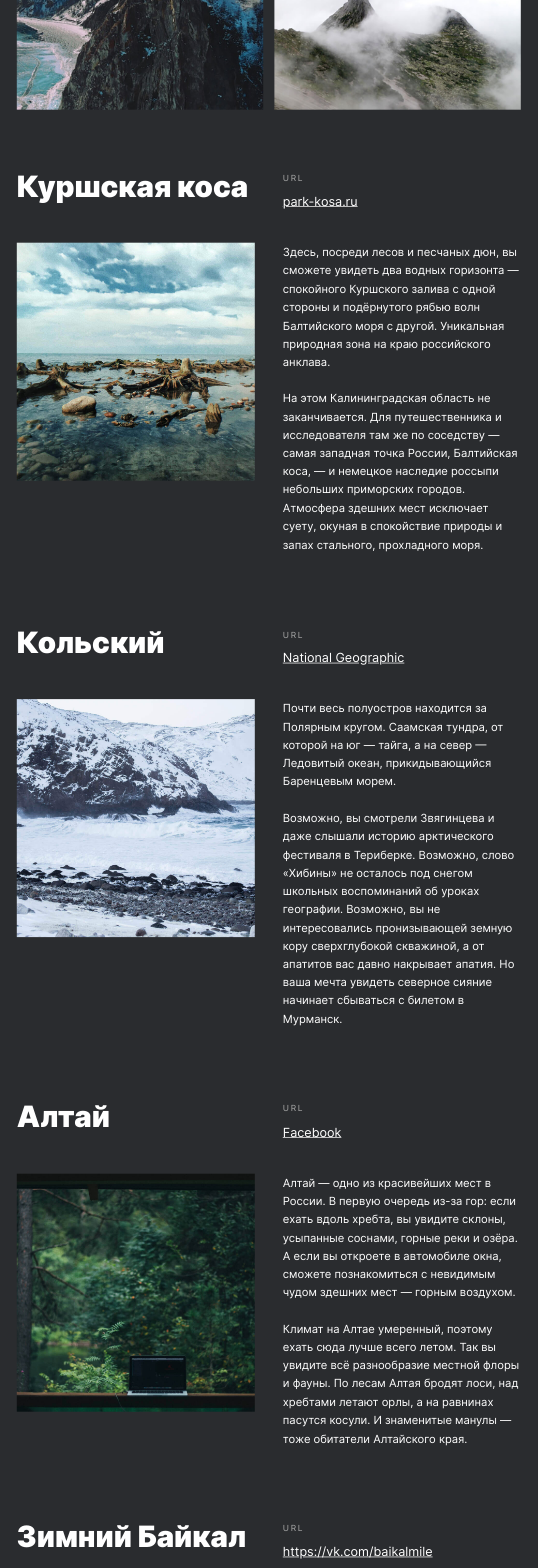
Repository: artemrgrs/russian-travel
Page: index.html
An editor plug-in stored every save of this project. The page is shown before and after the next save, followed by the edit.
The browser window is 768 px wide. The pictures show the part of the page from y = 3124 to 5364 px (the page is 7144 px tall before and 7092 px after), at 70% of full size.

Above is the page before, as saved 2021-02-05 13:30:20.

### index.html
<!DOCTYPE html>
<html lang="ru">
<head>
    <meta charset="UTF-8">
    <meta name="viewport" content="width=device-width, initial-scale=1">
    <link rel="stylesheet" href="pages/index.css">
    <title>Путешествия по России</title>
</head>
<body class="root">
    <div class="page">
        <header class="header">
            <img class="header__logo" src="images/header-logo.svg" alt="Лого">
            <div>
                <a class="header__lang-link header__lang-link_active" href="#" target="_self" rel="noopener noreferrer">Ru</a>
                <a class="header__lang-link" href="#" target="_self" rel="noopener noreferrer">En</a>
            </div>
        </header>

        <main>
            <section class="lead">
                <h1 class="lead__title">Путешествия по России</h1>
                <p class="lead__subtitle">Настоящая страна не в выпусках новостей, а здесь.</p>
                <img class="lead__image" src="images/lead__image.jpg" alt="Изображение маршрута путешествия по России">
                <p class="lead__caption">ваша полка — верхняя</p>
            </section>

            <section class="intro">

                    <div class="intro__container">
                        <h2 class="intro__title">Чего мы там не видели?</h2>
                        <p class=intro__text>По опросам ВЦИОМ, 95% россиян мечтают куда-нибудь
                            поехать, но только 36% планируют провести отпуск в родной стране.
                            Мол, чего мы тут, дома, не видели? На самом деле, Россия — это целая
                            вселенная с ласковым морем юга, густыми лесами Саян и суровыми льдами
                            плато Путорана. А ещё увидеть все эти красоты можно без миллионов на
                            счету, загранпаспорта и многочасовых перелетов. Как, например,
                            Вера Башмакова — смелая молодая мама, которая взяла в охапку троих
                            детей, усадила их в свою «Ладу» и проехала 20 тысяч километров по родной
                            стране. Мы выбрали и описали некоторые интересные места, достойные вашего отпуска.
                        </p>
                        <ul class=intro__list>
                            <li>Часовых поясов 11</li>
                            <li>Объектов природного наследия ЮНЕСКО 12</li>
                            <li>Объектов культурного наследия ЮНЕСКО 16</li>
                            <li>Природных заповедников 105</li>
                            <li>Аэропортов 241</li>
                        </ul>
                    </div>
            </section>

            <section class="photo-grid">
                <img class="photo-grid__item" src="./images/photo-grid-train.jpg" alt="Фото просторов России">
                <img class="photo-grid__item" src="./images/photo-grid-atharva-tulsi.jpg" alt="Фото просторов России">
                <img class="photo-grid__item" src="./images/photo-grid-tuman.jpg" alt="Фото просторов России">
                <img class="photo-grid__item" src="./images/photo-grid-sochi.jpg" alt="Фото просторов России">
                <img class="photo-grid__item" src="./images/photo-grid-arisa.jpg" alt="Фото просторов России">
                <img class="photo-grid__item" src="./images/photo-grid-baikal.jpg" alt="Фото просторов России">
                <img class="photo-grid__item" src="./images/photo-grid-elbrus.jpg" alt="Фото просторов России">
                <img class="photo-grid__item" src="./images/photo-grid-kondratiev.jpg" alt="Фото просторов России">
                <img class="photo-grid__item" src="./images/photo-grid-kamchatka-1.jpg" alt="Фото просторов России">
                <img class="photo-grid__item" src="./images/photo-grid-kamchatka-2.jpg" alt="Фото просторов России">
                <img class="photo-grid__item" src="./images/photo-grid-baikal-2.jpg" alt="Фото просторов России">
                <img class="photo-grid__item" src="./images/photo-grid-ergaki.jpg" alt="Фото просторов России">
            </section>

            <section class="places">
                <div class="place">
                        <h2 class="place__title">Куршская коса</h2>
                        <div class="place__website">
                            <p class="place__url-heading">URL</p>
                            <a class="place__link" href="http://park-kosa.ru" target="_blank" rel="noopener noreferrer">park-kosa.ru</a>
                        </div>
                        <img class="place__image" src="./images/place-kosa.jpg" alt="Куршская Коса">
                    <div class="place__info">
                        <p class="place__paragraph">Здесь, посреди лесов и песчаных дюн, вы сможете увидеть два водных горизонта
                            — спокойного Куршского залива с одной стороны и подёрнутого рябью волн Балтийского моря с другой.
                            Уникальная природная зона на краю российского анклава.
                        </p>
                        <p class="place__paragraph">На этом Калининградская область не заканчивается. Для путешественника
                            и исследователя там же по соседству — самая западная точка России, Балтийская коса, — и
                            немецкое наследие россыпи небольших приморских городов. Атмосфера здешних мест исключает
                            суету, окуная в спокойствие природы и запах стального, прохладного моря.
                        </p>
                    </div>
                </div>
                <div class="place">
                        <h2 class="place__title">Кольский</h2>
                        <div class="place__website">
                            <p class="place__url-heading">URL</p>
                            <a class="place__link" href="https://yourshot.nationalgeographic.com/photos/?keywords=kolskiy" target="_blank" rel="noopener noreferrer">National Geographic</a>
                        </div>
                        <img class="place__image" src="./images/place-kolsky.jpg" alt="Кольский">
                    <div class="place__info">
                        <p class="place__paragraph">Почти весь полуостров находится за Полярным кругом.
                            Саамская тундра, от которой на юг — тайга, а на север — Ледовитый океан,
                            прикидывающийся Баренцевым морем.
                        </p>
                        <p class="place__paragraph">Возможно, вы смотрели Звягинцева и даже слышали
                            историю арктического фестиваля в Териберке. Возможно, слово «Хибины» не
                            осталось под снегом школьных воспоминаний об уроках географии. Возможно,
                            вы не интересовались пронизывающей земную кору сверхглубокой скважиной,
                            а от апатитов вас давно накрывает апатия. Но ваша мечта увидеть северное
                            сияние начинает сбываться с билетом в Мурманск.
                        </p>
                    </div>

                </div>
                <div class="place">
                        <h2 class="place__title">Алтай</h2>
                        <div class="place__website">
                            <p class="place__url-heading">URL</p>
                            <a class="place__link" href="https://www.facebook.com/vera.bashmakova/posts/10156011613718822" target="_blank" rel="noopener noreferrer">Facebook</a>
                        </div>
                        <img class="place__image" src="./images/place-altai.jpg" alt="Алтай">
                    <div class="place__info">
                        <p class="place__paragraph">Алтай — одно из красивейших мест в России.
                            В первую очередь из-за гор: если ехать вдоль хребта, вы увидите склоны,
                            усыпанные соснами, горные реки и озёра. А если вы откроете в автомобиле окна,
                            сможете познакомиться с невидимым чудом здешних мест — горным воздухом.
                        </p>
                        <p class="place__paragraph">Климат на Алтае умеренный, поэтому ехать сюда
                            лучше всего летом. Так вы увидите всё разнообразие местной флоры и фауны.
                            По лесам Алтая бродят лоси, над хребтами летают орлы, а на равнинах пасутся
                            косули. И знаменитые манулы — тоже обитатели Алтайского края.
                        </p>
                    </div>
                </div>
                <div class="place">
                        <h2 class="place__title">Зимний Байкал</h2>


                        <div class="place__website">
                            <p class="place__url-heading">URL</p>
                            <a class="place__link" href="https://vk.com/baikalmile" target="_blank" rel="noopener noreferrer">https://vk.com/baikalmile</a>
                        </div>
                        <img class="place__image" src="./images/place-winter-baikal.jpg" alt="Зимний Байкал">
                    <div class="place__info">
                        <p class="place__paragraph">Всем известен Байкал как крупнейшее озеро
                            в мире. Многие также знают, что это самый большой источник пресной
                            воды и одно из красивейших мест в России.
                        </p>
                        <p class="place__paragraph">Конечно, это всё так. Но Байкал ещё идеальное
                            место для соревнований по скийорингу. Это такой вид спорта, когда лыжник
                            привязывает себя к мотоциклу, и тандем старается развить как можно бóльшую
                            скорость на льду. В марте 2019 года на фестивале «Байкальская миля» был
                            поставлен мировой рекорд — 197.011 км/ч.
                        </p>
                    </div>
                </div>
                <div class="place">
                        <h2 class="place__title">Карелия</h2>
                        <div class="place__website">
                            <p class="place__url-heading">URL</p>
                            <a class="place__link" href="http://vodlozero.ru" target="_blank" rel="noopener noreferrer">http://vodlozero.ru/</a>
                        </div>
                        <img class="place__image" src="./images/place-karelia.jpg" alt="Карелия">
                    <div class="place__info">
                        <p class="place__paragraph">Сибирь заканчивается не на Урале, а в Карелии: образующая тайгу
                            сибирская лиственница не растёт западнее Водлозера. Зато здесь она вымахивает на 30 метров
                            — леса карельских национальных парков из-за непроходимых болот никогда не знали топора.
                            Некоторым соснам уже больше чем полтысячелетия. Прикоснитесь к живому существу, видевшему
                            солнце раньше, чем увидал его Иван Грозный.
                            В девственном лесу на сотню километров не встретишь тропы. А на редких тропинках деревья
                            в паре метров от земли помечены медвежьими когтями. Чтобы все знали, кто тут хозяин.
                        </p>
                    </div>
                </div>
            </section>

            <section class="cover">
                <a class="cover__link" href="https://stampsy.com/na-elektrichkakh-do-baikala" target="_blank" rel="noopener noreferrer">
                    <h2 class="cover__title">До Байкала «на собаках»</h2>
                    <p class="cover__subtitle">По мотивам учебной темы о Транссибе — путешествие
                    от столицы до Байкала на электричках.</p>
                </a>
            </section>

            <section class="footer">
                <nav>
                    <ul class="footer__links">
                        <li>
                            <a class="footer__link" href="https://yandex.ru/maps"
                            target="_blank" rel="noopener noreferrer">Карты</a>
                        </li>
                        <li>
                            <a class="footer__link" href="https://yandex.ru/pogoda"
                            target="_blank" rel="noopener noreferrer">Погода</a>
                        </li>
                        <li>
                            <a class="footer__link" href="https://rasp.yandex.ru"
                            target="_blank" rel="noopener noreferrer">Расписание</a>
                        </li>
                        <li>
                            <a class="footer__link" href="https://calendar.yandex.ru"
                            target="_blank" rel="noopener noreferrer">Календарь</a>
                        </li>
                        <li>
                            <a class="footer__link" href="https://travel.yandex.ru"
                            target="_blank" rel="noopener noreferrer">Путешествия</a>
                        </li>
                    </ul>
                </nav>
                <p class="footer__copyright">© 2020. Вахитов Артем</p>
            </section>
        </main>
    </div>
</body>
</html>

### blocks/root/root.css
.root {
    background-color: #2A2C2F;
}

### blocks/page/page.css
.page {
    background-color: #2A2C2F;
    width: 100%;
    max-width: 1280px;
    min-width: 320px;
    margin: 0 auto;
    font-family: 'Inter', sans-serif, 'Arial';

    -webkit-font-smoothing: antialiased;
    -moz-osx-font-smoothing: grayscale;
}

### blocks/header/header.css
.header {
    max-width: 1184px;
    min-height: 52px;
    margin: 0 auto;
    display: flex;
    justify-content: space-between;
    align-items: center;
    padding: 0 auto;
    padding-top: 28px;
}

@media screen and (max-width: 1279px) {
    .header {
      max-width: 928px;
      padding: 28px 48px 0;
    }
}

@media screen and (max-width: 1023px) {
    .header {
        max-width: 720px;
        padding: 28px 24px 0;
    }
}

@media screen and (max-width: 767px) {
    .header {
        max-width: 288px;
        max-height: 42px;
        padding: 16px 16px 0;
    }
}

### blocks/header/__logo/header__logo.css
.header__logo {
    width: 176px;
    height: 52px;
}

@media screen and (max-width: 767px) {
    .header__logo {
        width: 142px;
        height: 42px;
    }
}

### blocks/header/__lang-link/header__lang-link.css
.header__lang-link {
    font-family: 'Inter', sans-serif, 'Arial';
    font-style: normal;
    font-weight: normal;
    font-size: 24px;
    line-height: 1.17;
    color: #FFFFFF;
    text-decoration: none;
    transition: opacity 0.3s ease;
}

.header__lang-link:hover {
    opacity: .8;
}

.header__lang-link:last-child {
    padding-left: 18px;
}

@media screen and (max-width: 767px) {
    .header__lang-link {
        font-size: 18px;
        line-height: 1.11;
    }
}

### blocks/lead/lead.css
.lead {
    display: flex;
    flex-direction: column;
    align-items: center;
    margin: 0 auto;
    padding-top: 56px;
    max-width: 984px;
}

@media screen and (max-width: 1279px) {
    .lead {
      padding-top: 48px;
      max-width: 928px;
    }
  }

  @media screen and (max-width: 1023px) {
    .lead {
      max-width: 768px;
    }
  }

  @media screen and (max-width: 767px) {
    .lead {
      max-width: 320px;
    }
  }

### blocks/lead/__title/lead__title.css
.lead__title {
    width: 720px;
    font-family: 'Inter', sans-serif, 'Arial';
    font-style: normal;
    font-weight: 900;
    font-size: 96px;
    line-height: 1.04;
    color: #fff;
    margin: 0;
    text-align: center;
}

@media screen and (max-width: 767px) {
    .lead__title {
        max-width: 288px;
        font-size: 40px;
        line-height: 1.1;
    }
}

### blocks/lead/__subtitle/lead__subtitle.css
.lead__subtitle {
    max-width: 640px;
    font-family: 'Inter', sans-serif, 'Arial';
    font-style: normal;
    font-weight: normal;
    font-size: 30px;
    line-height: 1.2;
    text-align: center;
    color: #FFFFFF;
    margin: 0;
    margin-top: 32px;
}

@media screen and (max-width: 767px) {
    .lead__subtitle {
        font-size: 16px;
        line-height: 1.25;
        margin-top: 16px;
    }
}

### blocks/lead/__image/lead__image.css
.lead__image {
    width: 100%;
    height: auto;
    max-height: 615px;
    margin-top: 64px;
}

@media screen and (max-width: 1279px) {
    .lead__image {
      margin-top: 56px;
    }
  }

  @media screen and (max-width: 767px) {
    .lead__image {
      margin-top: 40px;
    }
  }

### blocks/lead/__caption/lead__caption.css
.lead__caption {
    width: 158px;
    font-family: 'Inter', sans-serif, 'Arial';
    font-style: normal;
    font-weight: normal;
    font-size: 10px;
    line-height: 1.4;
    text-transform: uppercase;
    color: #FFFFFF;
    margin: 0;
    margin-top: 8px;
    align-self: flex-start;
    text-align: center;
    letter-spacing: 0.14em;
}

@media screen and (max-width: 1023px) {
    .lead__caption {
        margin-left: 24px;
    }
}

@media screen and (max-width: 767px) {
    .lead__caption {
        margin-left: 16px;
    }
}

### blocks/intro/intro.css
.intro {
    margin: 0 auto;
    max-width: 984px;
    padding-top: 114px;
}

@media screen and (max-width: 1278px) {
    .intro {
        max-width: 928px;
    }
}

@media screen and (max-width: 1023px) {
    .intro {
        padding-top: 110px;
        max-width: 928px;
    }
}

@media screen and (max-width: 767px) {
    .intro {
        max-width: 288px;
        padding-top: 64px;
    }
}

### blocks/intro/__title/intro__title.css
.intro__title {
    margin: 0;
    max-width: 690px;
    font-family: 'Inter', sans-serif, 'Arial';
    font-style: normal;
    font-weight: 900;
    font-size: 54px;
    line-height: 1.07;
    color: #FFFFFF;
}

@media screen and (max-width: 767px) {
  .intro__title {
    font-size: 32px;
    line-height: 1.09;
    max-width: 288px;
  }
}

### blocks/intro/__text/intro__text.css
.intro__text {
    margin: 0;
    margin-top: 40px;
    max-width: 690px;
    font-family: 'Inter', sans-serif, 'Arial';
    font-style: normal;
    font-weight: normal;
    font-size: 16px;
    line-height: 1.63;
    color: #FFFFFF;
}

### blocks/intro/__list/intro__list.css
.intro__list {
    margin: 0;
    margin-top: 33px;
    max-width: 690px;
    font-family: 'Inter', sans-serif, 'Arial';
    font-style: normal;
    font-weight: bold;
    font-size: 12px;
    line-height: 1.5;
    color: #FFFFFF;
    list-style: none;
    padding: 0;
}

### blocks/intro/__container/intro__container.css
.intro__container {
    display: flex;
    flex-direction: column;
    align-items: flex-start;
}

@media screen and (max-width: 1023px) {
    .intro__container {
       margin: 0 auto;
       max-width: 720px;
    }
}

### blocks/places/places.css
.places {
  max-width: 984px;
  margin: 0 auto;
}

@media screen and (max-width: 1279px) {
  .places {
    max-width: 928px;
  }
}

@media screen and (max-width: 1023px) {
  .places {
    max-width: 720px;
  }
}

@media screen and (max-width: 767px) {
  .places {
    max-width: 320px;
  }
}

### blocks/place/place.css
.place {
    display: grid;
    max-width: 984px;
    grid-template-columns: repeat(auto-fit, minmax(320px, 1fr));
    gap: 48px 40px;
    margin-top: 80px;

}


@media screen and (max-width: 1279px) {
  .places {
    gap: 48px 32px;
  }
}

@media screen and (max-width: 1023px) {
  .places {
    gap: 48px 28px;
  }
}

@media screen and (max-width: 767px) {
    .place  {
      gap: 32px;
      margin-top: 50px;
    }
  }

### blocks/place/__title/place__title.css
.place__title {
    max-width: 460px;
    font-family: 'Inter', sans-serif, 'Arial';
    font-style: normal;
    font-weight: 900;
    font-size: 72px;
    line-height: 1.06;
    color: #FFFFFF;
    margin: 0;
}

@media screen and (max-width: 1023px) {
    .place__title {
        font-size: 42px;
        line-height: 1.1;
    }
  }

@media screen and (max-width: 767px) {
    .place__title {
        font-size: 32px;
        line-height: 1.09;
        width: 288px;
        margin: 0 auto;
    }
  }

### blocks/place/__image/place__image.css
.place__image {
    width: 100%;
}

### blocks/place/__website/place__website.css
.place__website {
    align-self: end;
}

@media screen and (max-width: 767px) {
    .place__website {
        width: 288px;
        margin: 0 auto;
    }
  }

### blocks/place/__url-heading/place__url-heading.css
.place__url-heading {
    max-width: 456px;
    font-family: 'Inter', sans-serif, 'Arial';
    font-style: normal;
    font-weight: normal;
    font-size: 12px;
    line-height: 1.7;
    letter-spacing: 0.2em;
    color: #AAAAAA;
    margin: 0;
    margin-bottom: 12px;
}

@media screen and (max-width: 1023px) {
    .place__title {
        line-height: 1;
    }
  }

### blocks/place/__link/place__link.css
.place__link {
    max-width: 456px;
    font-family: 'Inter', sans-serif, 'Arial';
    font-style: normal;
    font-weight: normal;
    font-size: 18px;
    line-height: 1.22;
    text-decoration-line: underline;
    color: #FFFFFF;
    margin: 0;
    transition: opacity 0.3s ease;
}

.place__link:hover {
    opacity: .8;
}

### blocks/place/__paragraph/place__paragraph.css
.place__paragraph {
    max-width: 484px;
    font-family: 'Inter', sans-serif, 'Arial';
    font-style: normal;
    font-weight: normal;
    font-size: 18px;
    line-height: 1.63;
    color: #FFFFFF;
    margin: 0;
    margin-bottom: 26px;
}

@media screen and (max-width: 1023px) {
    .place__paragraph {
        font-size: 16px;
    }
  }

### blocks/place/__info/place__info.css
@media screen and (max-width: 767px) {
    .place__info {
        width: 288px;
        margin: 0 auto;
    }
  }

### blocks/cover/cover.css
.cover {
    width: 1184px;
    height: 740px;
    margin: 0 auto;
    position: relative;
    padding-top: 92px;
}

@media screen and (max-width: 1279px) {
  .cover {
    width: 1024px;
    height: 640px;
  }
}

@media screen and (max-width: 1023px) {
  .cover {
    width: 768px;
    height: 480px;
    padding-top: 90px;
  }
}

@media screen and (max-width: 767px) {
  .cover {
    width: 320px;
    height: 200px;
    padding-top: 66px;
  }
}

### blocks/cover/__subtitle/cover__subtitle.css
.cover__subtitle {
    width: 360px;
    font-family: 'Inter', sans-serif, 'Arial';
    font-style: normal;
    font-weight: normal;
    font-size: 18px;
    line-height: 1.22;
    text-align: center;
    color: #FFFFFF;
    margin: 0;
    margin-top: 32px;
    z-index: 2;
}

@media screen and (max-width: 767px) {
    .cover__subtitle {
      max-width: 288px;
      font-size: 14px;
      line-height: 1.14;
      margin-top: 16px;
    }
  }

### blocks/cover/__link/cover__link.css
.cover__link {
    background-image: url('../../../images/cover-trains.jpg');
    background-size: cover;
    text-decoration: none;
    width: 100%;
    height: 100%;
    display: flex;
    flex-direction: column;
    align-items: center;
}

.cover__link::before {
    content: '';
    opacity: 0.3;
    background: #2A2C2F;
    position: absolute;
    top: 0;
    left: 0;
    right: 0;
    bottom: 0;
    transition: opacity 0.3s ease;
}

.cover__link:hover::before {
    opacity: .8;
    background: #2A2C2F;
}

### blocks/footer/footer.css
.footer {
    max-width: 1184px;
    min-height: 18px;
    display: flex;
    justify-content: space-between;
    align-items: center;
    margin: 0 auto;
    padding-bottom: 24px;
    padding-top: 92px;
}

@media screen and (max-width: 1279px) {
  .footer {
    max-width: 928px;

  }
}

@media screen and (max-width: 1023px) {
  .footer {
    max-width: 720px;
    padding-top: 88px;
  }
}

  @media screen and (max-width: 767px) {
    .footer {
      min-height: 310px;
      flex-direction: column;
      align-items: flex-start;
      padding-top: 64px;
    }
  }

### blocks/footer/__links/footer__links.css
.footer__links {
    list-style: none;
    display: flex;
    align-items: flex-end;
    margin: 0;
    padding: 0;
}

@media screen and (max-width: 767px) {
    .footer__links {
      flex-direction: column;
      align-items: flex-start;
    }
  }

### blocks/footer/__link/footer__link.css
.footer__link {
    width: 50px;
    font-family: 'Inter', sans-serif, 'Arial';
    font-style: normal;
    font-weight: normal;
    font-size: 16px;
    line-height: 1.12;
    color: #FFFFFF;
    text-decoration: none;
    margin: 0;
    padding: 0;
    padding-right: 18px;
    transition: opacity 0.3s ease;
}

.footer__link:hover {
    opacity: .8;
}

@media screen and (max-width: 767px) {
    .footer__link {
        font-size: 24px;
        line-height: 1;
        margin-left: 16px;
        margin-bottom: 32px;
        padding: 0;
        display: inline-block;
    }
  }

### blocks/footer/__copyright/footer__copyright.css
.footer__copyright {
    width: 186px;
    font-family: 'Inter', sans-serif, 'Arial';
    font-style: normal;
    font-weight: normal;
    font-size: 14px;
    line-height: 1.14;
    text-align: right;
    color: #FFFFFF;
    margin: 0;
}

@media screen and (max-width: 767px) {
    .footer__copyright {
      margin-top: 48px;
      line-height: 1;
      max-width: 230px;
  }
  }

Loaded but not shown: vendor/normalize.css (library); blocks/header/__lang-link/_active/header__lang-link_active.css (common file); blocks/photo-grid/__item/photo-grid__item.css (common file); pages/index.css (45 lines, source omitted); vendor/fonts.css (53 lines, source omitted); blocks/photo-grid/photo-grid.css (34 lines, source omitted); blocks/cover/__title/cover__title.css (34 lines, source omitted)

After the next save:
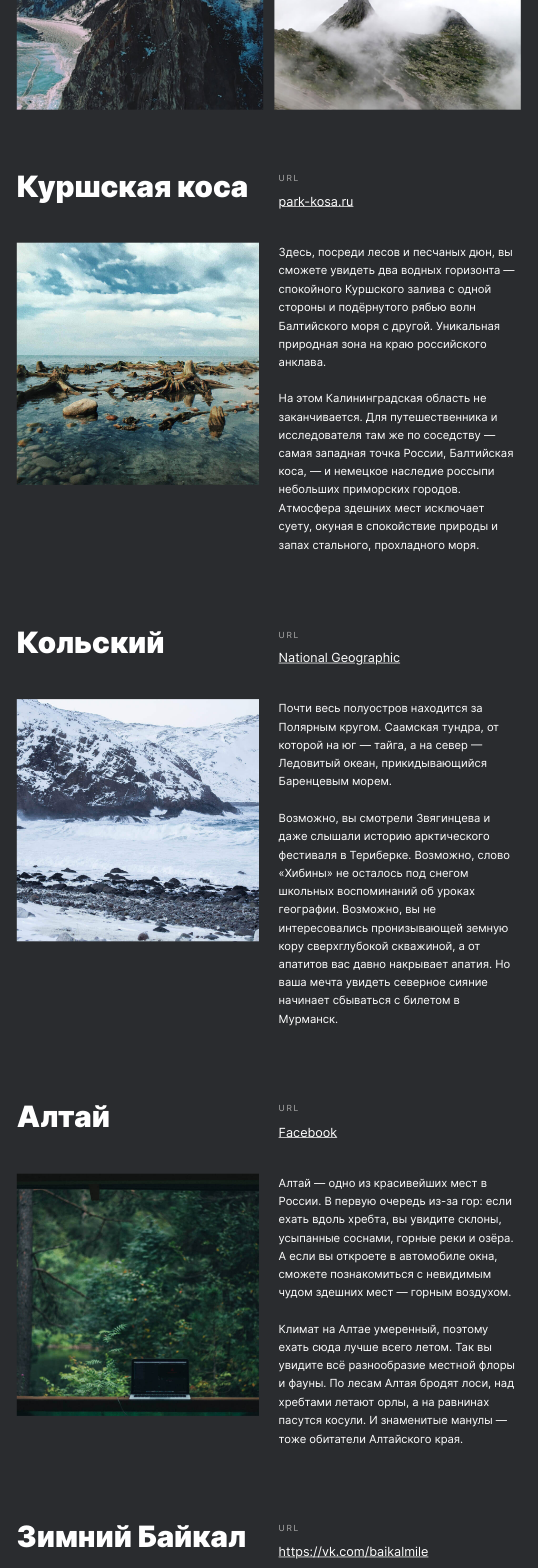
Saved 47 s later.
--- a/blocks/place/place.css
+++ b/blocks/place/place.css
@@ -9,13 +9,13 @@
 
 
 @media screen and (max-width: 1279px) {
-  .places {
+  .place {
     gap: 48px 32px;
   }
 }
 
 @media screen and (max-width: 1023px) {
-  .places {
+  .place {
     gap: 48px 28px;
   }
 }
